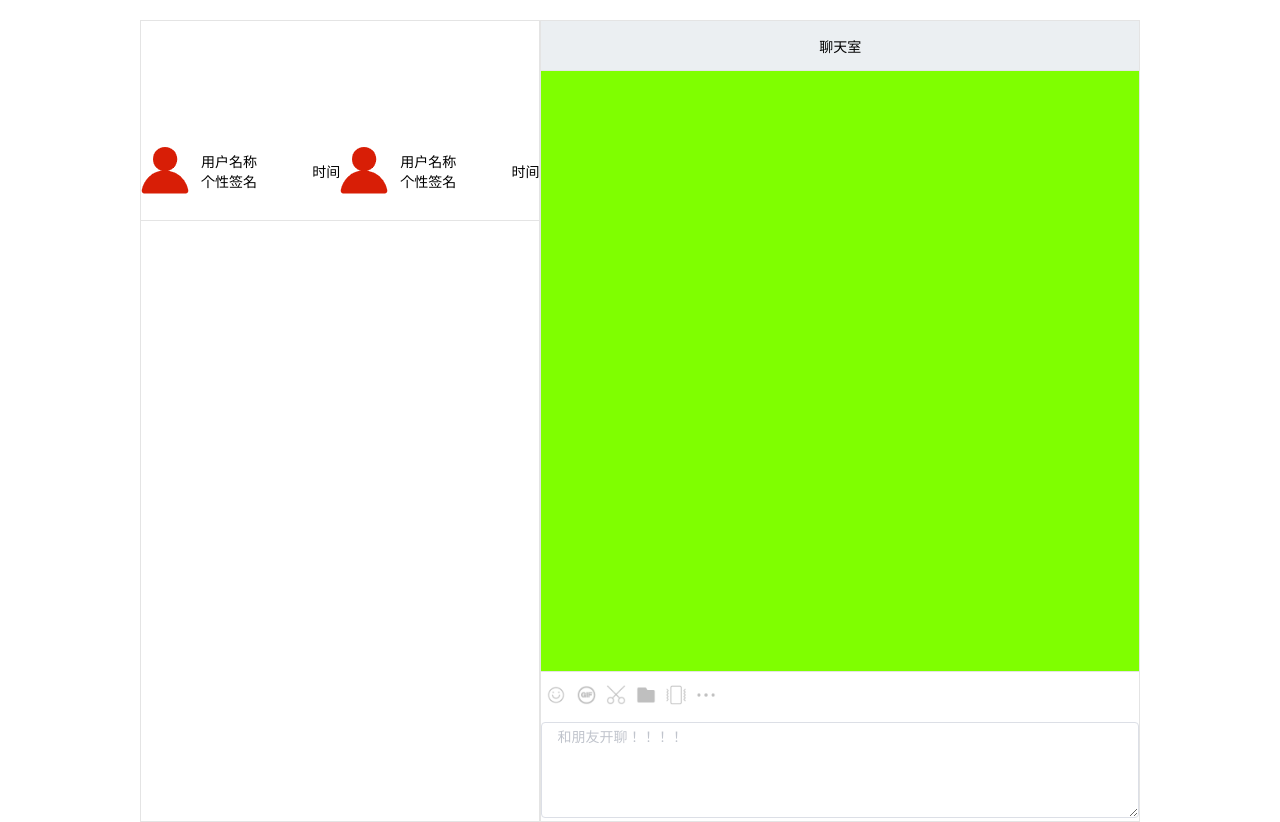
Repository: jinggegeZ/livechat
Page: /
The author's editor kept a copy of each file at every save. The page is drawn from the files as they stood at one save, then again after the next save.
The browser window is 1280 px wide. The pictures show the whole page.
The project was rebuilt for these pictures with package versions that can differ from the ones it lists, and the page was loaded fresh each time.

Above is the page before, as saved 2020-08-17 13:05:20.

After the next save:
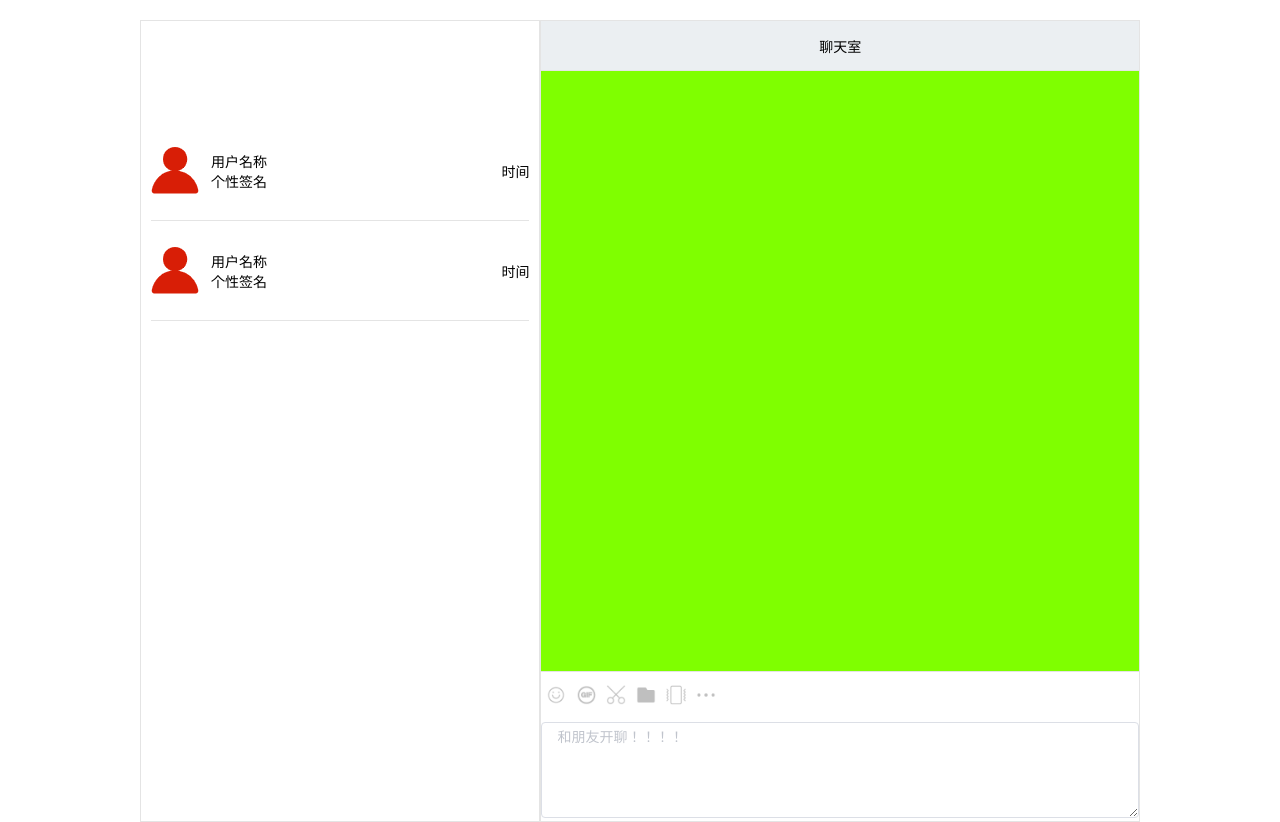
Saved 2 min 6 s later.
--- a/src/views/Home.vue
+++ b/src/views/Home.vue
@@ -23,6 +23,8 @@
               <!-- 时间 -->
               <div>时间</div>
             </div>
+          </div>
+           <div class="msgbox">
             <div class="box1-1">
               <div class="box1-1-1">
                 <!-- 头像 -->
